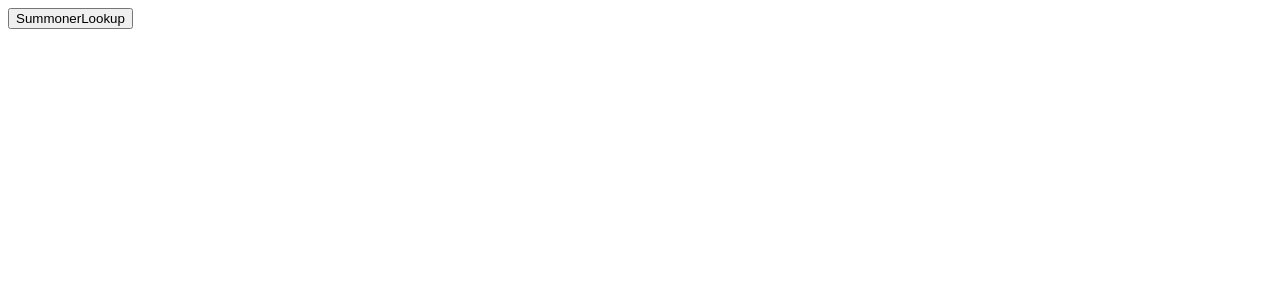
Repository: Dreifingerjpey/TestLos
Page: Eclipse/LeagueOfStalk/WebContent/HTML/SummonerLookup.html
An editor plug-in stored every save of this project. The page is shown before and after the next save, followed by the edit.
The browser window is 1280 px wide. The pictures show the whole page.

Above is the page before, as saved 2017-08-04 11:31:36.

After the next save:
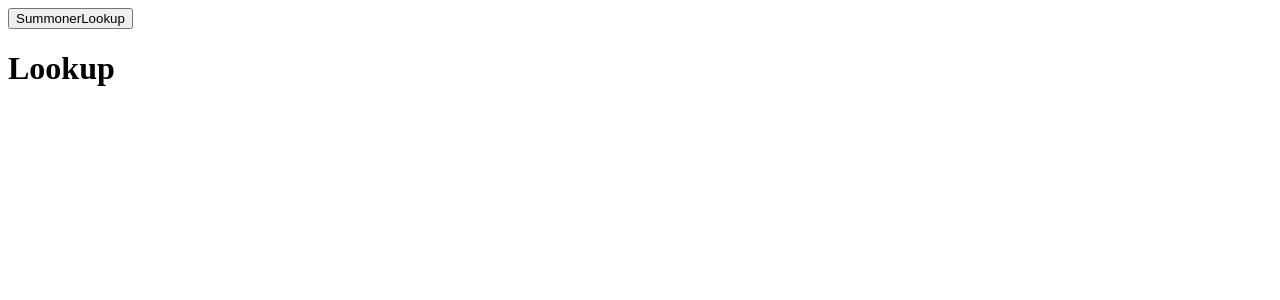
Saved 48 min 57 s later.
--- a/Eclipse/LeagueOfStalk/WebContent/HTML/SummonerLookup.html
+++ b/Eclipse/LeagueOfStalk/WebContent/HTML/SummonerLookup.html
@@ -7,6 +7,7 @@
 </form>
 <meta charset="ISO-8859-1">
 <title>SummonerLookup</title>
+<h1>Lookup</h1>
 </head>
 <body>
 
